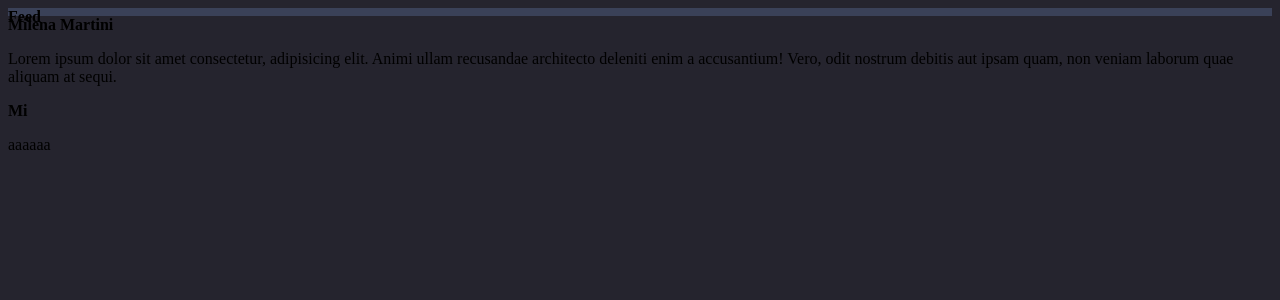
Repository: MilenaMartini/IgniteRckReactJs
Page: /
The author's editor kept a copy of each file at every save. The page is drawn from the files as they stood at one save, then again after a run of saves.
The browser window is 1280 px wide. The pictures show the whole page.
The project was rebuilt for these pictures with package versions that can differ from the ones it lists, and the page was loaded fresh each time. Also part of the build but not shown: vite.config.js.

Above is the page before, as saved 2023-04-14 13:42:04.

After the next 6 saves:
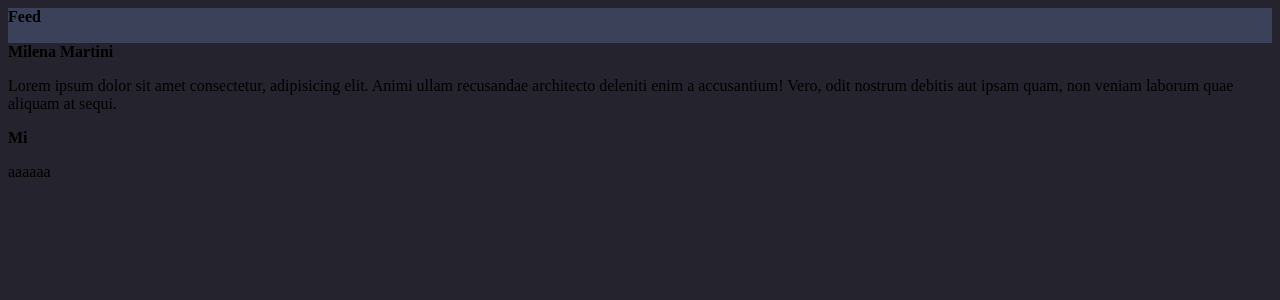
The 6 saves are shown as one change because they came seconds apart.
The last was saved 26 s later.
--- a/src/components/Header.module.css
+++ b/src/components/Header.module.css
@@ -1,4 +1,4 @@
 .header{
     background-color: #3a4158;
-    height: 8px;
+    height: 35px;
 }
